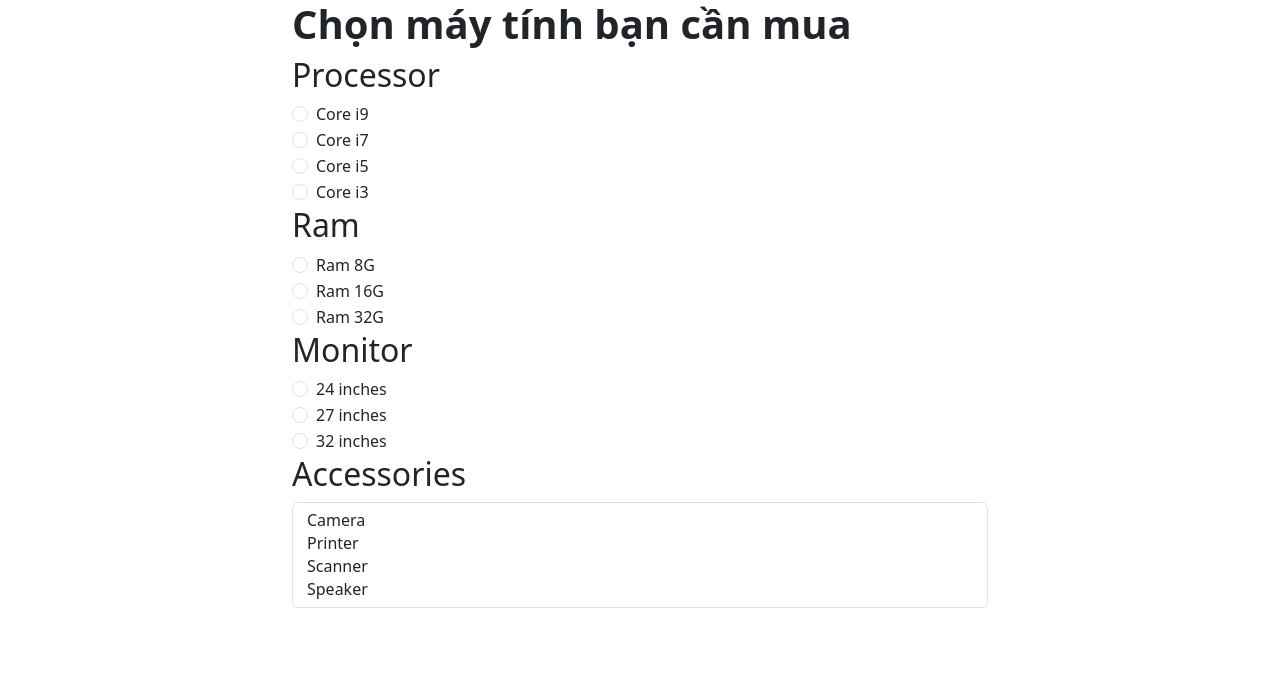
Repository: wuubangdev/bookstore-servlet-jsp
Page: http://localhost/Bai20_JSPCoban_TrangMuaHang/muaMayTinh.jsp
The author's editor kept a copy of each file at every save. The page is drawn from the files as they stood at one save, then again after the next save.
The browser window is 1280 px wide. The pictures show the whole page.
The page is served by Tomcat 9.

Above is the page before, as saved 2024-03-19 03:00:00.

After the next save:
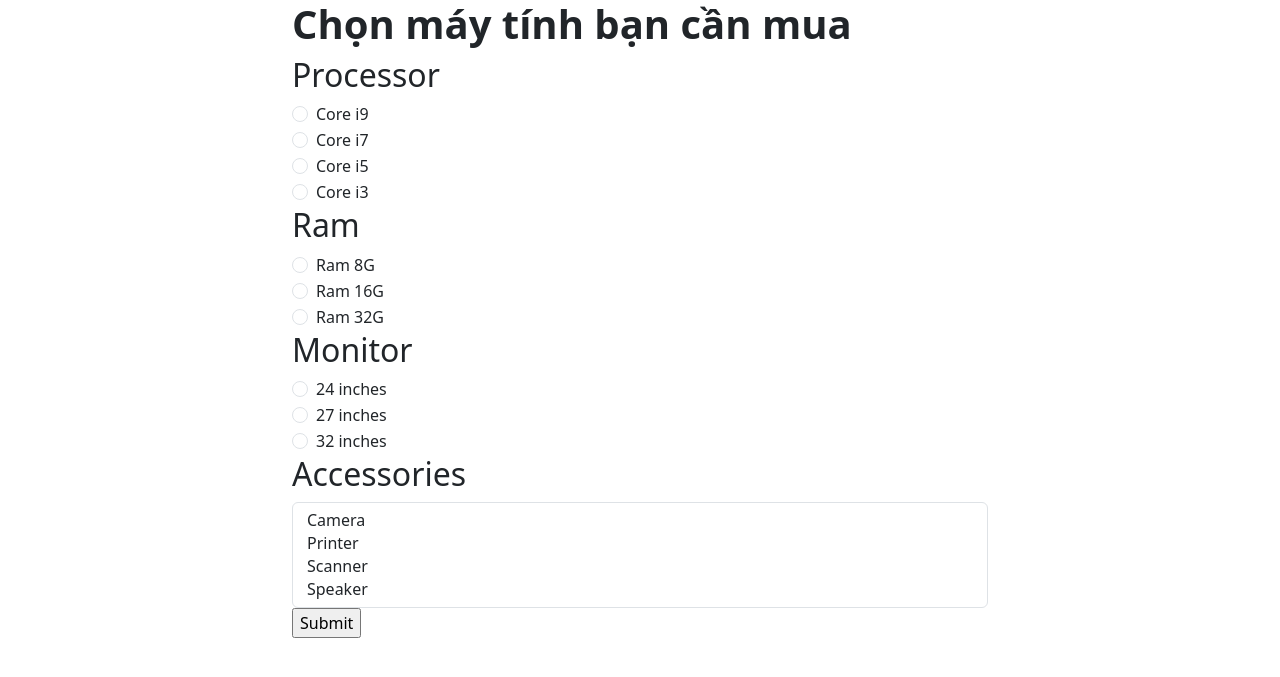
Saved 47 s later.
--- a/Bai20_JSPCoban_TrangMuaHang/src/main/webapp/muaMayTinh.jsp
+++ b/Bai20_JSPCoban_TrangMuaHang/src/main/webapp/muaMayTinh.jsp
@@ -82,6 +82,7 @@
 			  <option value="3">Scanner</option>
 			  <option value="4">Speaker</option>
 			</select>
+			<input type="submit" value="Submit" id="button-1"/>
 		</form>
 	</div>
 </body>
